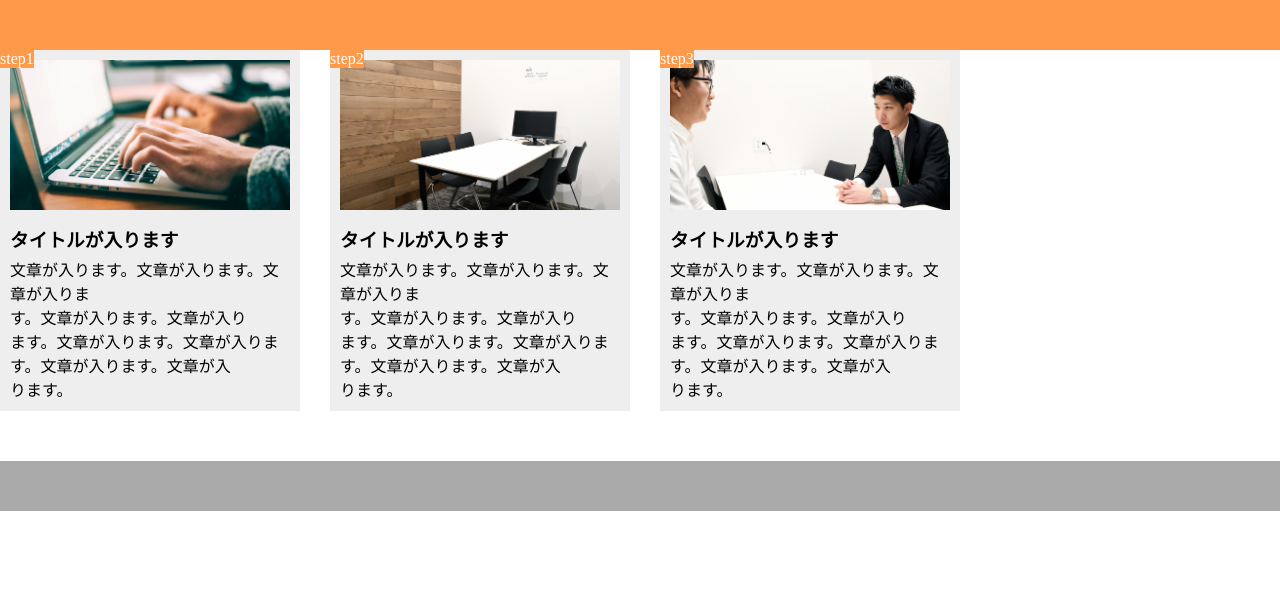
Repository: ryosei-110/HTML-CSS-
Page: 1-9exercise/1-9-2.html
The author's editor kept a record of every edit. The page is drawn from the files as they stood at one moment, then again after the next edit.
The browser window is 1280 px wide. The pictures show the whole page.

Above is the page before.

### 1-9exercise/1-9-2.html
<!DOCTYPE html>
<html lang="ja">
  <head>
    <meta charset="UTF-8" />
    <link rel="stylesheet" href="1-9-2.css" />
    <title>9章演習問題2</title>
  </head>

  <body>
    <header></header>

    <main>
      <div class="box">
        <div class="box-text">step1</div>
        <div class="image1"></div>
        <h3>タイトルが入ります</h3>
        <p>
          文章が入ります。文章が入ります。文章が入りま<br>
          す。文章が入ります。文章が入り<br>
          ます。文章が入ります。文章が入ります。文章が入ります。文章が入<br>
          ります。
        </p>
      </div>
      <div class="box">
        <div class="box-text">step2</div>
        <div class="image2"></div>
        <h3>タイトルが入ります</h3>
        <p>
          文章が入ります。文章が入ります。文章が入りま<br>
          す。文章が入ります。文章が入り<br>
          ます。文章が入ります。文章が入ります。文章が入ります。文章が入<br>
          ります。
        </p>
      </div>
      <div class="box">
        <div class="box-text">step3</div>
        <div class="image3"></div>
        <h3>タイトルが入ります</h3>
        <p>
          文章が入ります。文章が入ります。文章が入りま<br>
          す。文章が入ります。文章が入り<br>
          ます。文章が入ります。文章が入ります。文章が入ります。文章が入<br>
          ります。
        </p>
      </div>
    </main>

    <footer></footer>
  </body>
  </html>

### 1-9exercise/1-9-2.css
* {
  margin: 0;
  padding: 0;
  box-sizing: border-box;
}

header {
  background-color: #ff9a4b;
  width: 100%;
  height: 50px;
}

footer {
  background-color: #aaaaaa;
  width: 100%;
  height: 50px;
  margin-top: 50px;
}

main {
  width: 960px;
  display: flex;
}

.box {
  width: 300px;
  margin-right: 30px;
  padding: 10px;
  background-color: #eeeeee;
  position: relative;
}

.box-text {
  position: absolute;
  top: 0;
  left: 0;
  background-color: #ff9a4b;
  color: white;
}

.box:last-child {
  margin-right: 0;
}

.image1 {
  background-image: url(img/flow01.png);
  margin-bottom: 15px;
  height: 150px;
  background-size: cover;
  background-position: bottom center;
}

.image2 {
  background-image: url(img/flow02.png);
  margin-bottom: 15px;
  height: 150px;
  background-size: cover;
  background-position: bottom center;
}

.image3{
  background-image: url(img/flow03.png);
  margin-bottom: 15px;
  height: 150px;
  background-size: cover;
  background-position: bottom center;
}

p {
  margin-top: 5px;
}

.box-text {
  position: absolute;
  top: 0;
  left: 0;
  background-color: #ff9a4b;
  color: white;
}

After the next edit:
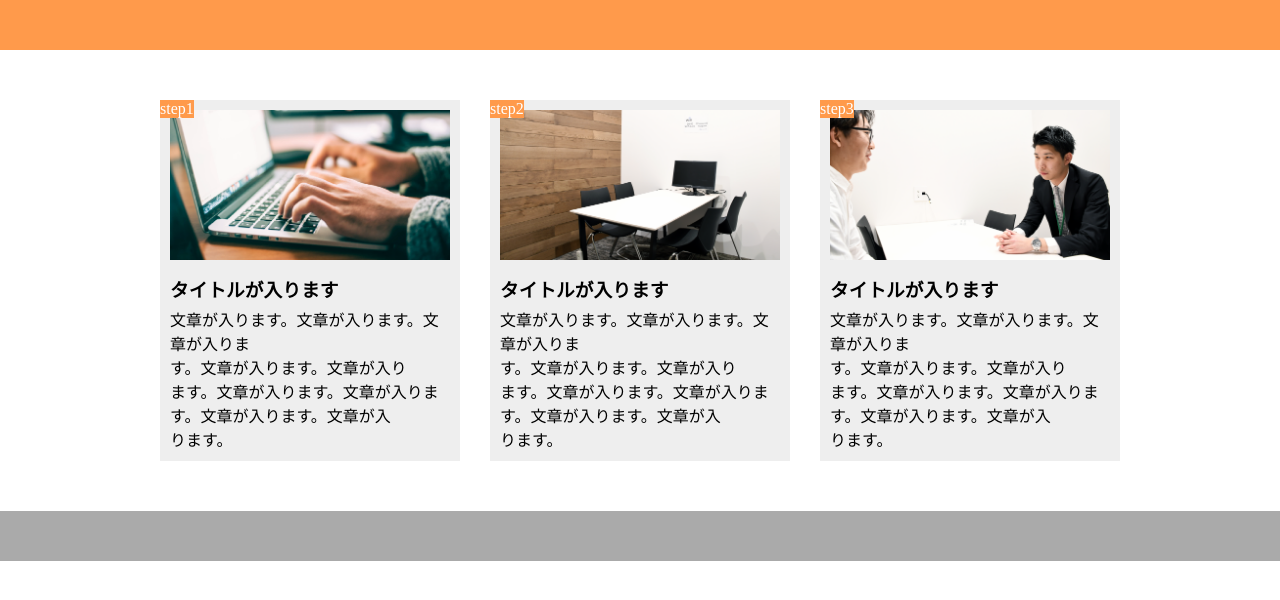
The edit:
--- a/1-9exercise/1-9-2.css
+++ b/1-9exercise/1-9-2.css
@@ -20,6 +20,7 @@
 main {
   width: 960px;
   display: flex;
+  margin: 50px auto;
 }
 
 .box {
